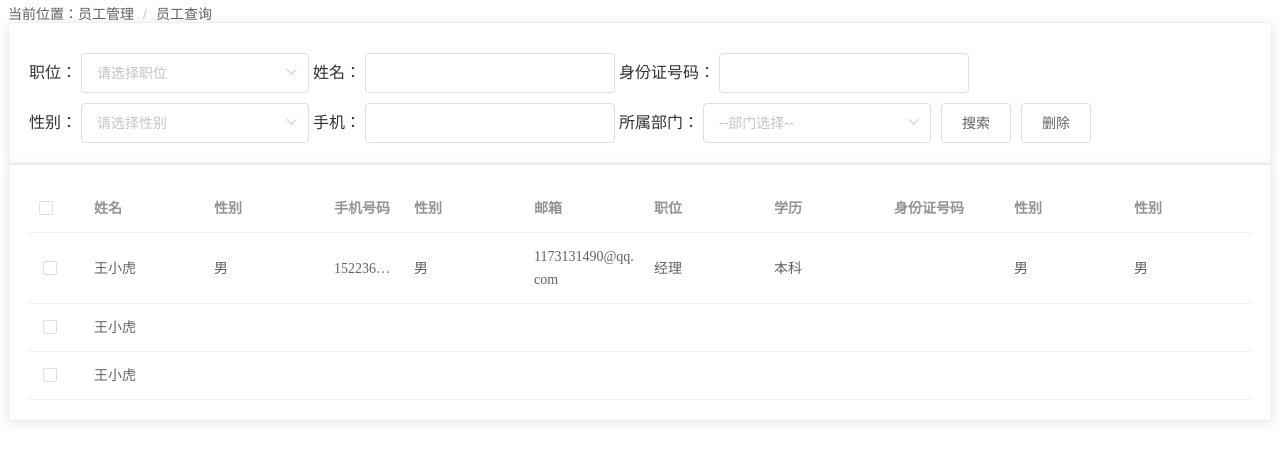
Repository: YUNjwyao/vue_hrm
Page: /#/employee
These files come from the project's save history. The page is drawn as it stood at one moment and after the next save; the edit follows.
The browser window is 1280 px wide. The pictures show the whole page.
The project was rebuilt for these pictures with package versions that can differ from the ones it lists, and the page was loaded fresh each time.

Above is the page before, as saved 2020-10-15 19:44:51.

### src/App.vue
<template>
  <div id="app">
     <!-- 路由占位符 -->
     <router-view></router-view>
  </div>
</template>

<script>

export default {

}
</script>

<style lang="less" scoped>

</style>

### src/router/index.js
import Vue from 'vue'
import VueRouter from 'vue-router'
import EmployeeQuery from '../components/Employee/EmployeeQuery.vue'

Vue.use(VueRouter)

const routes = [
 {
   path: '/employee',component: EmployeeQuery
 }
]

const router = new VueRouter({
  routes
})

export default router

### src/plugins/element.js
import Vue from 'vue'
import {
    Button,
    Breadcrumb,
    BreadcrumbItem,
    Card,
    Select,
    Option,
    Input,
    Row,
    Table,
    TableColumn
} from 'element-ui'


Vue.use(Button)
Vue.use(Breadcrumb)
Vue.use(BreadcrumbItem)
Vue.use(Card)
Vue.use(Select)
Vue.use(Option)
Vue.use(Input)
Vue.use(Row)
Vue.use(Table)
Vue.use(TableColumn)

### src/components/Employee/EmployeeQuery.vue
<template>
  <div class="employee">
    <!-- 面包屑导航 -->
    <el-breadcrumb separator="/">
      <el-breadcrumb-item>当前位置：员工管理</el-breadcrumb-item>
      <el-breadcrumb-item><a href="/">员工查询</a></el-breadcrumb-item>
    </el-breadcrumb>
    <!-- 查询输入框 -->
    <el-card>
      <el-row>
        职位：
        <el-select v-model="value" placeholder="请选择职位">
          <el-option
            v-for="item in options"
            :key="item.value"
            :label="item.label"
            :value="item.value"
          >
          </el-option>
        </el-select>
        姓名：
        <el-input v-model="input"></el-input>
        身份证号码：
        <el-input v-model="input"></el-input>
      </el-row>
	  <el-row>
        性别：
        <el-select v-model="value" placeholder="请选择性别">
          <el-option
            v-for="item in optionsSex"
            :key="item.value"
            :label="item.label"
            :value="item.value"
          >
          </el-option>
        </el-select>
        手机：
        <el-input v-model="input"></el-input>
       所属部门：
        <el-select v-model="value" placeholder="--部门选择--">
          <el-option
            v-for="item in optionsDoor"
            :key="item.value"
            :label="item.label"
            :value="item.value"
          >
          </el-option>
        </el-select>
		<el-button>搜索</el-button>
		<el-button>删除</el-button>
      </el-row>
    </el-card>
	<!-- Table表格 -->
	<el-card>
		 <el-table
    ref="multipleTable"
    :data="tableData"
    tooltip-effect="dark"
    style="width: 100%"
    @selection-change="handleSelectionChange">
    <el-table-column
      type="selection"
      width="55">
    </el-table-column>
    <el-table-column
	  prop="name"
      label="姓名"
      width="120">
      <template slot-scope="scope">{{ scope.row.name }}</template>
    </el-table-column>
    <el-table-column
      prop="sex"
      label="性别"
      width="120">
    </el-table-column>
    <el-table-column
      prop="phone"
      label="手机号码"
      show-overflow-tooltip>
    </el-table-column>
	<el-table-column
      prop="sex"
      label="性别"
      width="120">
    </el-table-column>
	<el-table-column
      prop="email"
      label="邮箱"
      width="120">
    </el-table-column>
	<el-table-column
      prop="job"
      label="职位"
      width="120">
    </el-table-column>
	<el-table-column
      prop="education"
      label="学历"
      width="120">
    </el-table-column>
	<el-table-column
      prop="IdNumber"
      label="身份证号码"
      width="120">
    </el-table-column>
	<el-table-column
      prop="sex"
      label="性别"
      width="120">
    </el-table-column>
<el-table-column
      prop="sex"
      label="性别"
      width="120">
    </el-table-column>
	<el-table-column
      prop="sex"
      label="性别"
      width="120">
    </el-table-column>
  </el-table>
	</el-card>
  </div>
</template>

<script>
export default {
  data() {
    return {
      options: [
        {
          value: "选项1",
          label: "经理",
        },
        {
          value: "选项2",
          label: "职员",
        },
	  ],
	  optionsSex: [
        {
          value: "选项1",
          label: "男",
        },
        {
          value: "选项2",
          label: "女",
        },
	  ],
	  optionsDoor: [
        {
          value: "选项1",
          label: "技术部",
        },
        {
          value: "选项2",
          label: "运营部",
        },
	  ],
	    tableData: [{
		  name: '王小虎',
		  sex: '男',
		  phone: '1522369825',
		  email: '1173131490@qq.com',
		  job: '经理',
		  education: '本科',
          address: '上海市普陀区金沙江路 1518 弄'
        }, {
          date: '2016-05-02',
          name: '王小虎',
          address: '上海市普陀区金沙江路 1518 弄'
        }, {
          date: '2016-05-04',
          name: '王小虎',
          address: '上海市普陀区金沙江路 1518 弄'
        }],
        multipleSelection: []
    };
  },
  methods: {
      toggleSelection(rows) {
        if (rows) {
          rows.forEach(row => {
            this.$refs.multipleTable.toggleRowSelection(row);
          });
        } else {
          this.$refs.multipleTable.clearSelection();
        }
      },
      handleSelectionChange(val) {
        this.multipleSelection = val;
      }
    }
};
</script>

<style lang="less" scoped>
.el-input {
  width: 250px;
}
.el-row{
	margin-top: 10px;
}
.el-button{
	margin-left: 10px;
}
</style>

Loaded but not shown: public/index.html (common file); src/main.js (common file); src/store/index.js (common file)

After the next save:
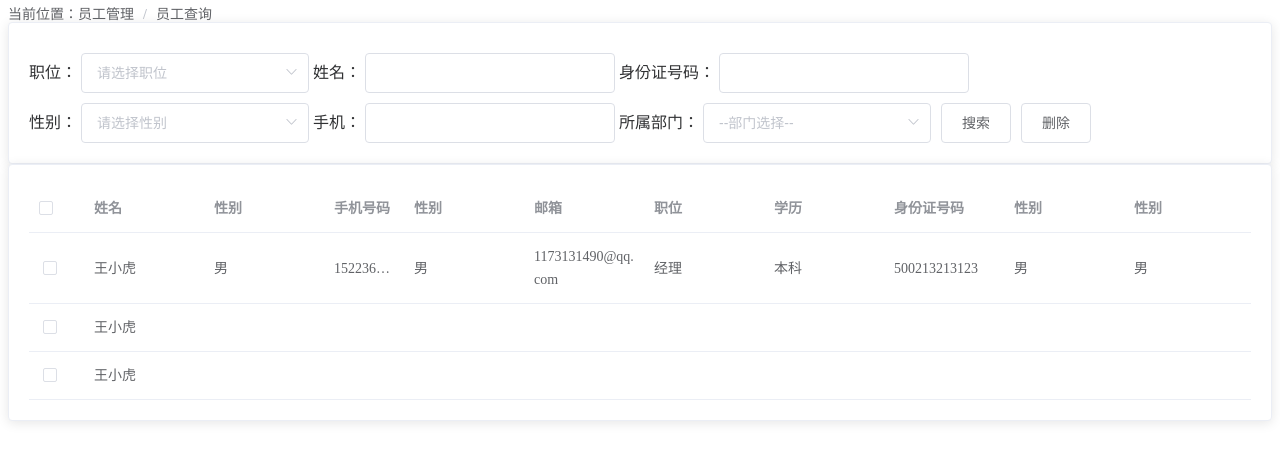
Saved 25 s later.
--- a/src/components/Employee/EmployeeQuery.vue
+++ b/src/components/Employee/EmployeeQuery.vue
@@ -164,6 +164,7 @@ export default {
 		  email: '1173131490@qq.com',
 		  job: '经理',
 		  education: '本科',
+		  IdNumber: '500213213123',
           address: '上海市普陀区金沙江路 1518 弄'
         }, {
           date: '2016-05-02',
